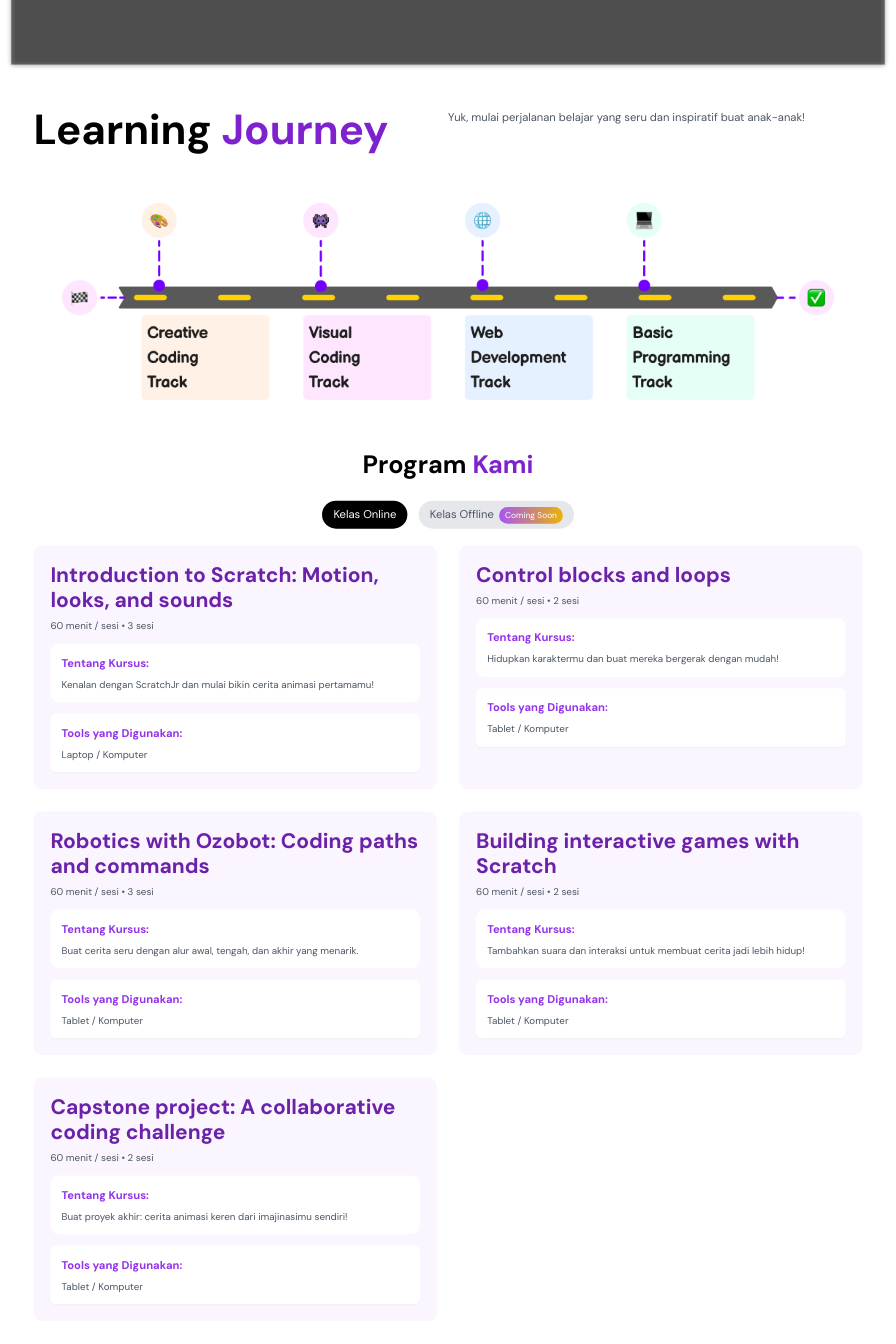
Repository: paskasiregar/ttccomweb
Page: /track/basic-programming
These files come from the project's save history. The page is drawn as it stood at one moment and after the next save; the edit follows.
The browser window is 1280 px wide. The pictures show the part of the page from y = 1435 to 3355 px (the page is 3355 px tall), at 70% of full size.
Pictures or frames that could not be fetched are drawn as grey boxes. The project was rebuilt for these pictures with package versions that can differ from the ones it lists, and the page was loaded fresh each time. The framework's server and built-in components were replaced by stand-ins that run in the browser. Also part of the build but not shown: next.config.js, next.config.mjs.

Above is the page before, as saved 2024-11-17 00:03:52.

### src/app/layout.js
import "./globals.css";
import { DM_Sans } from "next/font/google";

const dmSans = DM_Sans({
  subsets: ["latin"],
  weight: ["400", "500", "700"], // Include only the weights you need
  variable: "--font-dm-sans", // Optional: CSS variable for global use
});

export const metadata = {
  title: "Tiny Tech Club",
  description: "Small techies, big dreams 🚀",
};

export default function RootLayout({ children }) {
  return (
    <html lang="en" className={dmSans.variable}>
      <body className="antialiased">{children}</body>
    </html>
  );
}

### src/app/template.js
import React from "react";

export default function TrackTemplate({ title, description, children }) {
  return (
    <div>
      {/* Hero Section */}
      <div className="relative h-screen w-full">
        <img
          src="https://images.unsplash.com/photo-1494783367193-149034c05e8f"
          alt="Background"
          className="absolute inset-0 w-full h-full object-cover filter blur-sm"
        />
        <div className="absolute inset-0 bg-black bg-opacity-50"></div>
        <div className="absolute inset-0 flex flex-col items-center justify-center">
          <h1 className="text-4xl text-white font-bold">{title}</h1>
          <p className="text-xl text-white mt-4">{description}</p>
        </div>
      </div>

      {/* Content Section */}
      <div className="max-w-7xl mx-auto px-4 py-8">{children}</div>
    </div>
  );
}

### src/app/track/[track]/page.js
"use client";
import { useParams } from "next/navigation";
import TrackTemplate from "../[track]";
import Image from "next/image";
import ljImage from "@/assets/lj.png";
import ProgramTabs from "@/components/programTabs";

export default function TrackPage() {
  const { track } = useParams();

  const trackDetails = {
    "creative-coding": {
      title: "Creative Coding Track",
      description:
        "Kenalkan coding ke anak-anak dengan aktivitas seru dan edukatif. Cocok banget buat usia 4-5 tahun untuk membangun kemampuan berpikir logis.",
      backgroundImage:
        "https://images.unsplash.com/photo-1544717305-2782549b5136", // Replace with a relevant Creative Coding image
    },
    "visual-coding": {
      title: "Visual Coding Track",
      description:
        "Belajar konsep pemrograman visual pakai ScratchJr. Cocok buat anak usia 6-7 tahun untuk bikin cerita dan proyek seru sambil belajar coding dasar.",
      backgroundImage:
        "https://images.unsplash.com/photo-1573164574393-b9b12c3ff9c6", // Replace with a relevant Visual Coding image
    },
    "web-development": {
      title: "Web Development Track",
      description:
        "Belajar dasar-dasar pengembangan web dengan HTML, CSS, dan JavaScript. Cocok untuk usia 8-12 tahun untuk membuat proyek web mini yang menarik.",
      backgroundImage:
        "https://images.unsplash.com/photo-1522071820081-009f0129c71c", // Replace with a relevant Web Development image
    },
    "basic-programming": {
      title: "Basic Programming Track",
      description:
        "Pelajari konsep pemrograman inti dengan Python dan JavaScript. Dirancang untuk usia 13-16 tahun untuk membangun aplikasi dunia nyata dan kemampuan pemecahan masalah.",
      backgroundImage:
        "https://images.unsplash.com/photo-1517433456452-f9633a875f6f", // Replace with a relevant Basic Programming image
    },
  };

  const trackCards = {
    "creative-coding": [
      {
        title: "Introduction to Coding Concepts Through Play",
        duration: "30 menit",
        sessions: "2 sesi",
        description:
          "Siswa akan diperkenalkan dengan konsep dasar pemrograman melalui permainan interaktif yang seru dan edukatif. Aktivitas ini membantu membangun fondasi logika pemrograman sejak dini.",
        tools: "iPad / Tab",
      },
      {
        title: "Learning Directional Commands with Bee-Bots",
        duration: "30 menit",
        sessions: "2 sesi",
        description:
          "Siswa akan belajar mengontrol arah dan logika sederhana menggunakan Bee-Bots. Aktivitas ini mengasah kemampuan berpikir logis dan keterampilan pemecahan masalah.",
        tools: "iPad / Tab, Komputer",
      },
      {
        title: "Pattern recognition and sequencing",
        duration: "30 menit",
        sessions: "2 sesi",
        description:
          "Siswa akan mempelajari cara mengenali pola dan urutan logis melalui tugas-tugas menarik. Aktivitas ini meningkatkan kemampuan observasi dan pengelompokan pola.",
        tools: "iPad / Tab, Komputer",
      },
      {
        title: "Simple coding games and collaborative tasks",
        duration: "30 menit",
        sessions: "2 sesi",
        description:
          "Siswa akan bermain game coding sederhana dan menyelesaikan tugas kolaboratif untuk memahami dasar-dasar pemrograman sambil bekerja sama dalam tim.",
        tools: "iPad / Tab, Komputer",
      },
    ],
    "visual-coding": [
      {
        title: "Introduction to ScratchJr and navigating the interface",
        duration: "45 menit",
        sessions: "2 sesi",
        description:
          "Kenalan dengan ScratchJr dan mulai bikin cerita animasi pertamamu!",
        tools: "Laptop / Komputer",
      },
      {
        title: "Building characters and creating movements",
        duration: "45 menit",
        sessions: "2 sesi",
        description:
          "Hidupkan karaktermu dan buat mereka bergerak dengan mudah!",
        tools: "Tablet / Komputer",
      },
      {
        title:
          "Storytelling with coding, creating a beginning, middle, and end",
        duration: "45 menit",
        sessions: "2 sesi",
        description:
          "Buat cerita seru dengan alur awal, tengah, dan akhir yang menarik.",
        tools: "Tablet / Komputer",
      },
      {
        title: "Adding sounds and interactivity",
        duration: "45 menit",
        sessions: "2 sesi",
        description:
          "Tambahkan suara dan interaksi untuk membuat cerita jadi lebih hidup!",
        tools: "Tablet / Komputer",
      },
      {
        title: "Final project: Designing an animated story",
        duration: "45 menit",
        sessions: "2 sesi",
        description:
          "Buat proyek akhir: cerita animasi keren dari imajinasimu sendiri!",
        tools: "Tablet / Komputer",
      },
    ],
    "web-development": [
      {
        title: "Introduction to Scratch: Motion, looks, and sounds",
        duration: "60 menit",
        sessions: "3 sesi",
        description:
          "Kenalan dengan ScratchJr dan mulai bikin cerita animasi pertamamu!",
        tools: "Laptop / Komputer",
      },
      {
        title: "Control blocks and loops",
        duration: "60 menit",
        sessions: "2 sesi",
        description:
          "Hidupkan karaktermu dan buat mereka bergerak dengan mudah!",
        tools: "Tablet / Komputer",
      },
      {
        title: "Robotics with Ozobot: Coding paths and commands",
        duration: "60 menit",
        sessions: "3 sesi",
        description:
          "Buat cerita seru dengan alur awal, tengah, dan akhir yang menarik.",
        tools: "Tablet / Komputer",
      },
      {
        title: "Building interactive games with Scratch",
        duration: "60 menit",
        sessions: "2 sesi",
        description:
          "Tambahkan suara dan interaksi untuk membuat cerita jadi lebih hidup!",
        tools: "Tablet / Komputer",
      },
      {
        title: "Capstone project: A collaborative coding challenge",
        duration: "60 menit",
        sessions: "2 sesi",
        description:
          "Buat proyek akhir: cerita animasi keren dari imajinasimu sendiri!",
        tools: "Tablet / Komputer",
      },
    ],
    "basic-programming": [
      {
        title: "Introduction to Scratch: Motion, looks, and sounds",
        duration: "60 menit",
        sessions: "3 sesi",
        description:
          "Kenalan dengan ScratchJr dan mulai bikin cerita animasi pertamamu!",
        tools: "Laptop / Komputer",
      },
      {
        title: "Control blocks and loops",
        duration: "60 menit",
        sessions: "2 sesi",
        description:
          "Hidupkan karaktermu dan buat mereka bergerak dengan mudah!",
        tools: "Tablet / Komputer",
      },
      {
        title: "Robotics with Ozobot: Coding paths and commands",
        duration: "60 menit",
        sessions: "3 sesi",
        description:
          "Buat cerita seru dengan alur awal, tengah, dan akhir yang menarik.",
        tools: "Tablet / Komputer",
      },
      {
        title: "Building interactive games with Scratch",
        duration: "60 menit",
        sessions: "2 sesi",
        description:
          "Tambahkan suara dan interaksi untuk membuat cerita jadi lebih hidup!",
        tools: "Tablet / Komputer",
      },
      {
        title: "Capstone project: A collaborative coding challenge",
        duration: "60 menit",
        sessions: "2 sesi",
        description:
          "Buat proyek akhir: cerita animasi keren dari imajinasimu sendiri!",
        tools: "Tablet / Komputer",
      },
    ],
  };

  const trackData = trackDetails[track] || {
    title: "Track Tidak Ditemukan",
    description: "Track yang kamu cari nggak ada nih.",
    backgroundImage:
      "https://images.unsplash.com/photo-1506748686214-e9df14d4d9d0", // Default image for not found
  };

  const cards = trackCards[track] || [];

  return (
    <div className="mx-auto">
      {/* Back Button */}
      <div className="my-4 px-4 sm:px-8">
        <button
          className="secondary-button"
          onClick={() => (window.location.href = "/")}
        >
          &lt; Kembali
        </button>
      </div>

      {/* Track Template */}
      <section>
        <TrackTemplate
          title={trackData.title}
          description={trackData.description}
          backgroundImage={trackData.backgroundImage}
        />

        {/* Learning Journey Section */}
        <section className="w-full my-8 px-4 sm:px-8 max-w-container py-20">
          <div>
            <div className="flex flex-col md:flex-row items-center md:items-start md:justify-between">
              <div className="max-w-lg md:w-1/2">
                <h1 className="text-6xl md:text-6xl font-bold mb-8">
                  Learning <span className="text-purple-700">Journey</span>
                </h1>
              </div>
              <div className="mt-6 md:mt-0 md:w-1/2 mb-8">
                <p className="text-gray-600 text-base md:text-md">
                  Yuk, mulai perjalanan belajar yang seru dan inspiratif buat
                  anak-anak!
                </p>
              </div>
            </div>
            <div className="mt-6 md:mt-0 mb-8">
              <Image
                src={ljImage}
                alt="Perjalanan Belajar"
                width={1440}
                height={1000}
                className="rounded-lg"
              />
            </div>
          </div>
        </section>

        {/* Our Program Section */}
        <section className="w-full my-8 px-4 sm:px-8 max-w-container mb-8">
          <h2 className="text-center text-4xl font-bold mb-8">
            Program <span className="text-purple-700">Kami</span>
          </h2>
          <ProgramTabs cards={cards} />
        </section>
      </section>
    </div>
  );
}

### src/app/globals.css
@tailwind base;
@tailwind components;
@tailwind utilities;

@import url('https://fonts.googleapis.com/css2?family=DM+Sans:wght@400;500;700&display=swap');

:root {
  --font-dm-sans: "DM Sans", sans-serif;
}

@font-face {
  font-family: 'DM Sans';
  src: url('/fonts/DM-Sans.woff2') format('woff2'),
    url('/fonts/DM-Sans.woff') format('woff');
  font-weight: 400;
  font-style: normal;
}

body {
  font-family: 'DM Sans', sans-serif;
}

.dm-sans-custom {
  font-family: "DM Sans", sans-serif;
  font-optical-sizing: auto;
  font-weight: 400;
  font-style: normal;
}

body {
  font-family: 'DM Sans', Arial, Helvetica, sans-serif;
  margin: 0;
  padding: 0;
  box-sizing: border-box;
}

*,
*::before,
*::after {
  box-sizing: inherit;
}

/* Container class for centering content */
.max-w-container {
  max-width: 1440px;
  margin: 0 auto;
  padding: 0 16px;
  /* Optional padding for spacing on smaller screens */
}

### src/app/track/[track].js
import React from "react";

export default function TrackTemplate({ title, description, children }) {
  return (
    <div>
      {/* Hero Section */}
      <div className="relative h-screen w-full">
        <img
          src="https://images.unsplash.com/photo-1494783367193-149034c05e8f"
          alt="Background"
          className="absolute inset-0 w-full h-full object-cover filter blur-sm"
        />
        <div className="absolute inset-0 bg-black bg-opacity-50"></div>
        <div className="absolute inset-0 flex flex-col items-center justify-center">
          <h1 className="text-6xl text-white font-bold p-8">{title}</h1>
          <p className="text-xl text-white mt-4 p-8">{description}</p>
        </div>
      </div>

      {/* Content Section */}
      <div className="max-w-7xl mx-auto px-4 py-8">{children}</div>
    </div>
  );
}

### src/components/programTabs.jsx
import React, { useState } from "react";
import ClassCard from "./classCard";

function ProgramTabs({ cards }) {
  const [activeTab, setActiveTab] = useState("online");

  const tabs = [
    { id: "online", label: "Kelas Online" },
    { id: "offline", label: "Kelas Offline" },
  ];

  const handleTabClick = (tabId) => setActiveTab(tabId);

  return (
    <div className="w-full">
      {/* Tabs */}
      <div className="flex justify-center space-x-4 mb-6">
        {tabs.map((tab) => (
          <button
            key={tab.id}
            className={`py-2 px-4 rounded-full ${
              activeTab === tab.id
                ? "bg-black text-white"
                : "bg-gray-200 text-gray-600"
            }`}
            onClick={() => handleTabClick(tab.id)}
            disabled={tab.id === "offline"}
          >
            {tab.label}
            {tab.id === "offline" && (
              <span className="ml-2 bg-gradient-to-r from-purple-500 to-yellow-500 text-white px-2 py-1 text-xs rounded-full">
                Coming Soon
              </span>
            )}
          </button>
        ))}
      </div>

      {/* Tab Content */}
      <div>
        {activeTab === "online" && (
          <div className="grid grid-cols-1 md:grid-cols-2 gap-8">
            {cards.map((card, index) => (
              <ClassCard key={index} {...card} />
            ))}
          </div>
        )}
      </div>
    </div>
  );
}

export default ProgramTabs;

### src/components/classCard.jsx
import React from "react";
import PropTypes from "prop-types";

function ClassCard({ title, duration, sessions, description, tools }) {
  return (
    <div className="bg-purple-50 rounded-xl p-6">
      {/* Title */}
      <h3 className="text-3xl font-bold text-purple-800 mb-2">{title}</h3>

      {/* Duration and Sessions */}
      <p className="text-gray-600 text-sm mb-4">
        {duration} / sesi • {sessions}
      </p>

      {/* Description */}
      <div className="bg-white rounded-xl p-4 mb-4">
        <h4 className="text-purple-600 font-semibold mb-2">Tentang Kursus:</h4>
        <p className="text-gray-600 text-sm">{description}</p>
      </div>

      {/* Tools */}
      <div className="bg-white rounded-lg p-4 shadow-sm">
        <h4 className="text-purple-600 font-semibold mb-2">
          Tools yang Digunakan:
        </h4>
        <p className="text-gray-600 text-sm">{tools}</p>
      </div>
    </div>
  );
}

ClassCard.propTypes = {
  title: PropTypes.string.isRequired,
  duration: PropTypes.string.isRequired,
  sessions: PropTypes.string.isRequired,
  description: PropTypes.string.isRequired,
  tools: PropTypes.string.isRequired,
};

export default ClassCard;

Loaded but not shown: tailwind.config.js (common file)

After the next save:
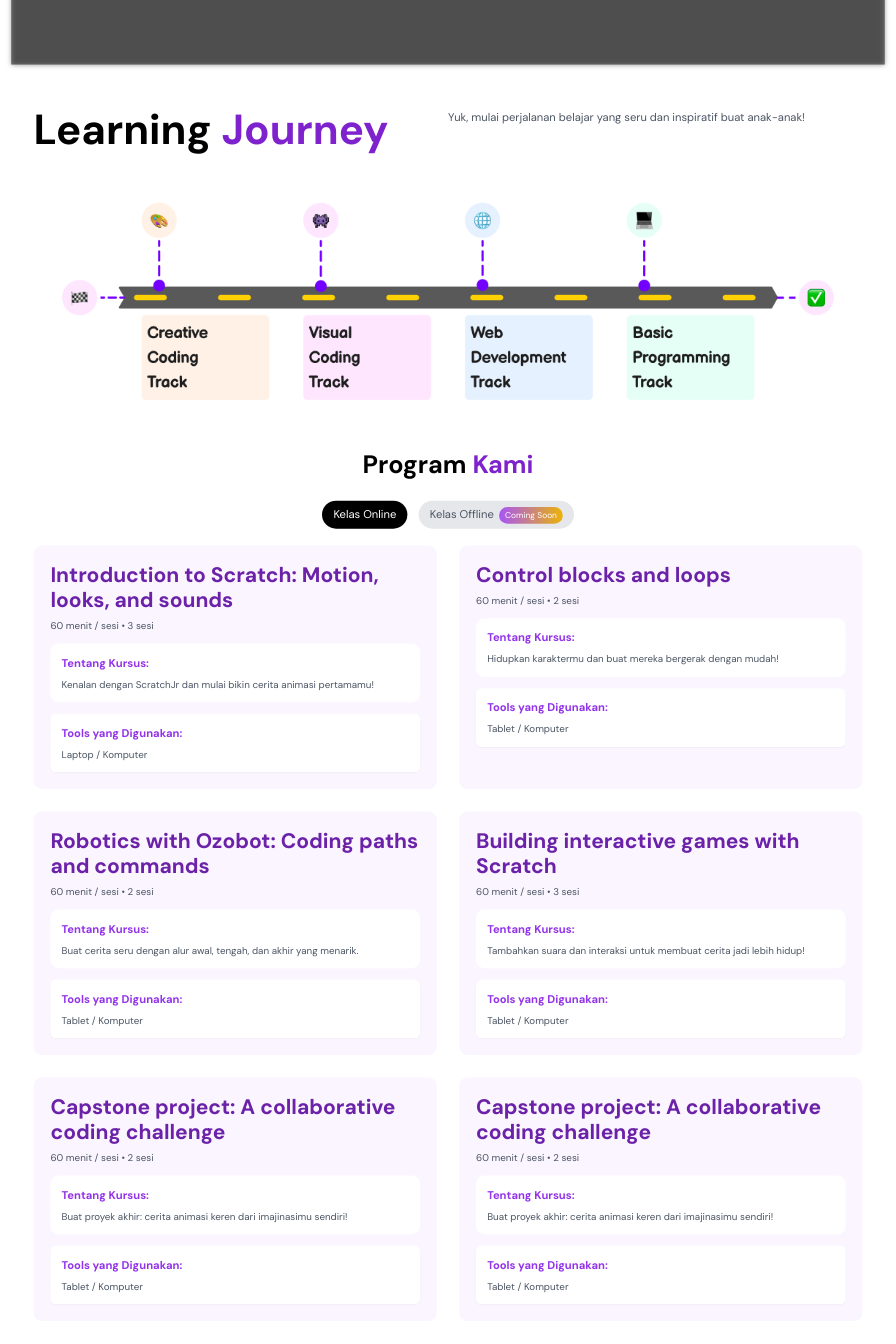
Saved 34 s later.
--- a/src/app/track/[track]/page.js
+++ b/src/app/track/[track]/page.js
@@ -179,7 +179,7 @@ export default function TrackPage() {
       {
         title: "Robotics with Ozobot: Coding paths and commands",
         duration: "60 menit",
-        sessions: "3 sesi",
+        sessions: "2 sesi",
         description:
           "Buat cerita seru dengan alur awal, tengah, dan akhir yang menarik.",
         tools: "Tablet / Komputer",
@@ -187,9 +187,17 @@ export default function TrackPage() {
       {
         title: "Building interactive games with Scratch",
         duration: "60 menit",
-        sessions: "2 sesi",
+        sessions: "3 sesi",
         description:
           "Tambahkan suara dan interaksi untuk membuat cerita jadi lebih hidup!",
+        tools: "Tablet / Komputer",
+      },
+      {
+        title: "Capstone project: A collaborative coding challenge",
+        duration: "60 menit",
+        sessions: "2 sesi",
+        description:
+          "Buat proyek akhir: cerita animasi keren dari imajinasimu sendiri!",
         tools: "Tablet / Komputer",
       },
       {
